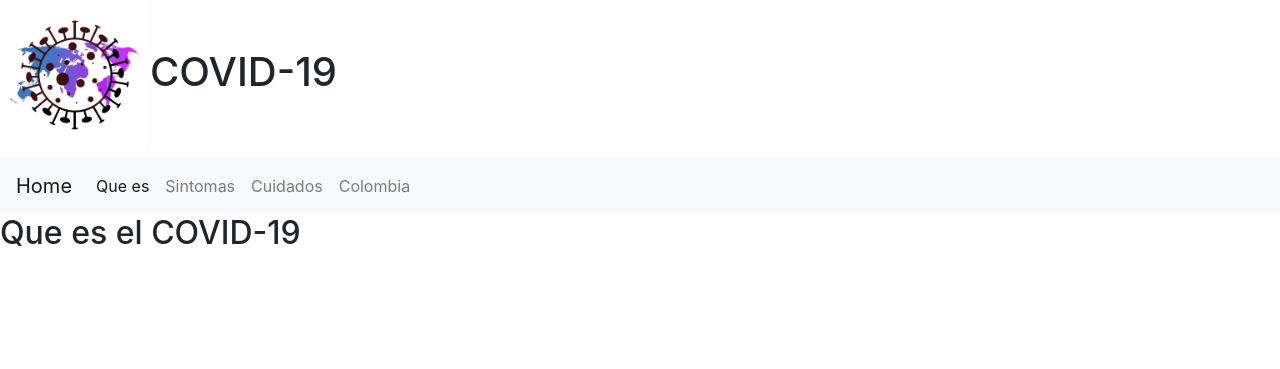
Repository: AndreyRi13/1erparcial1151804
Page: index.html
An editor plug-in stored every save of this project. The page is shown before and after a run of saves, followed by the edit.
The browser window is 1280 px wide. The pictures show the whole page.

Above is the page before, as saved 2020-10-06 06:23:46.
Console error (its wording comes from the project's code and is left out).

### index.html
<!DOCTYPE html>
<html lang="en">
<head>
    <meta charset="UTF-8">
    <meta name="viewport" content="width=device-width, initial-scale=1.0">
    <link rel="stylesheet" href="https://stackpath.bootstrapcdn.com/bootstrap/4.5.2/css/bootstrap.min.css" integrity="sha384-JcKb8q3iqJ61gNV9KGb8thSsNjpSL0n8PARn9HuZOnIxN0hoP+VmmDGMN5t9UJ0Z" crossorigin="anonymous">
    <script src="https://stackpath.bootstrapcdn.com/bootstrap/4.5.2/js/bootstrap.min.js" integrity="sha384-B4gt1jrGC7Jh4AgTPSdUtOBvfO8shuf57BaghqFfPlYxofvL8/KUEfYiJOMMV+rV" crossorigin="anonymous"></script>
    <title>COVID-19</title>
</head>
<body>

        <header>
        <H1><img src="/img/hiclipart.com.png" alt="logo" width="150" height="150">COVID-19</H1>
        </header>


        <nav class="navbar navbar-expand-lg navbar-light bg-light">
            <a class="navbar-brand" href="#">Home</a>
            <button class="navbar-toggler" type="button" data-toggle="collapse" data-target="#navbarNav" aria-controls="navbarNav" aria-expanded="false" aria-label="Toggle navigation">
              <span class="navbar-toggler-icon"></span>
            </button>
            <div class="collapse navbar-collapse" id="navbarNav">
              <ul class="navbar-nav">
                <li class="nav-item active">
                  <a class="nav-link" href="#">Que es </a>
                </li>
                <li class="nav-item">
                  <a class="nav-link" href="#">Sintomas</a>
                </li>
                <li class="nav-item">
                  <a class="nav-link" href="#">Cuidados</a>
                </li>
                <li class="nav-item">
                  <a class="nav-link " href="#">Colombia</a>
                </li>
              </ul>
            </div>
          </nav>

          <div id="section">

            <h2>Que es el COVID-19</h2>



          </div>







    <script src="https://code.jquery.com/jquery-3.5.1.slim.min.js" integrity="sha384-DfXdz2htPH0lsSSs5nCTpuj/zy4C+OGpamoFVy38MVBnE+IbbVYUew+OrCXaRkfj" crossorigin="anonymous"></script>
    <script src="https://cdn.jsdelivr.net/npm/popper.js@1.16.1/dist/umd/popper.min.js" integrity="sha384-9/reFTGAW83EW2RDu2S0VKaIzap3H66lZH81PoYlFhbGU+6BZp6G7niu735Sk7lN" crossorigin="anonymous"></script>
</body>
</html>

After the next 2 saves:
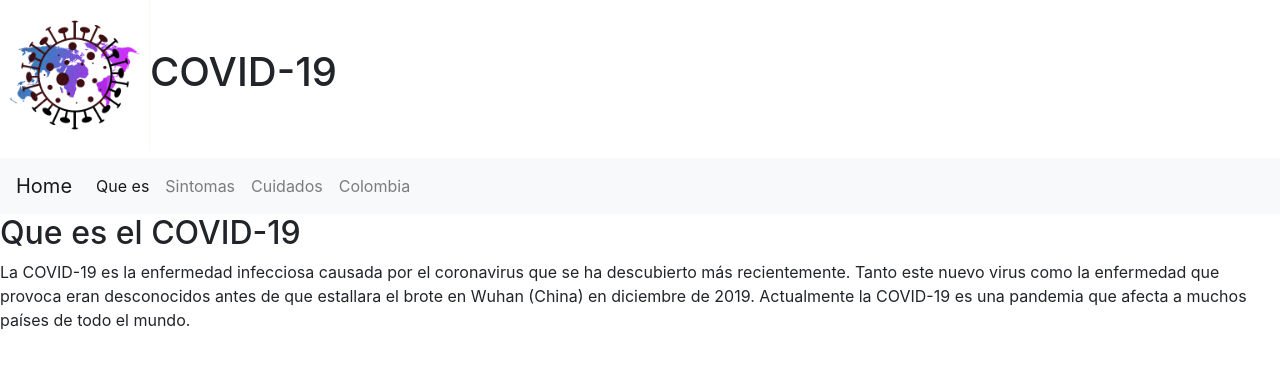
The 2 saves are shown as one change because they came seconds apart.
The last was saved 10 s later.
--- a/index.html
+++ b/index.html
@@ -40,7 +40,12 @@
           <div id="section">
 
             <h2>Que es el COVID-19</h2>
-
+    <p>La COVID-19 es la enfermedad infecciosa causada por el
+    coronavirus que se ha descubierto más recientemente. Tanto
+    este nuevo virus como la enfermedad que provoca eran
+    desconocidos antes de que estallara el brote en Wuhan (China)
+    en diciembre de 2019. Actualmente la COVID-19 es una
+    pandemia que afecta a muchos países de todo el mundo.</p>
 
 
           </div>
